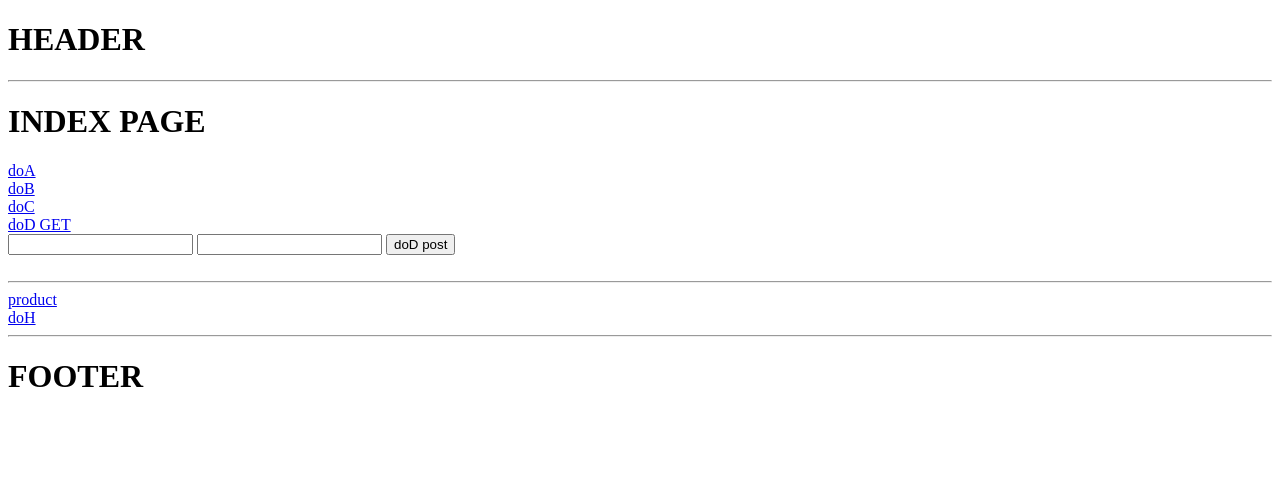
Repository: gitgw016/spring
Page: http://localhost/mvc_part02_controller/
These files come from the project's save history. The page is drawn as it stood at one moment and after the next save; the edit follows.
The browser window is 1280 px wide. The pictures show the whole page.
The page is served by Tomcat 9. Other server files are loaded and not shown.

Above is the page before, as saved 2022-01-11 06:52:59.

### mvc_part02_controller/src/main/webapp/index.jsp
<%@ page language="java" contentType="text/html; charset=UTF-8"
    pageEncoding="UTF-8"%>
<jsp:include page="WEB-INF/views/common/header.jsp"/>
	<h1>INDEX PAGE</h1>
	<a href="doA">doA</a> <br/>
	<a href="doB">doB</a> <br/>
	<a href="doC">doC</a> <br/>
	<a href="doD?msg=hi">doD GET</a> <br/>
	<form action="doD" method="post">
		<input type="text" name="msg"/>
		<input type="number" name="age" required/>
		<input type="submit" value="doD post"/>
	</form>
	<br/>
	<hr/>
	<a href="product">product</a> <br/>
	<a href="doH">doH</a> <br/>
	<form action="productWrite" method="post">

	</form>
<jsp:include page="WEB-INF/views/common/footer.jsp"/>
</body>
</html>

### mvc_part02_controller/src/main/webapp/WEB-INF/views/common/header.jsp
<%@ page language="java" contentType="text/html; charset=UTF-8"
    pageEncoding="UTF-8"%>
<!DOCTYPE html>
<html>
<head>
<meta charset="UTF-8">
<title>Insert title here</title>
</head>
<body>
<!-- header.jsp -->
<h1>HEADER</h1>
<hr/>

### mvc_part02_controller/src/main/webapp/WEB-INF/views/common/footer.jsp
<%@ page language="java" contentType="text/html; charset=UTF-8"
    pageEncoding="UTF-8"%>
<!-- footer.jsp -->
<hr/>
<h1>FOOTER</h1>
</body>
</html>

After the next save:
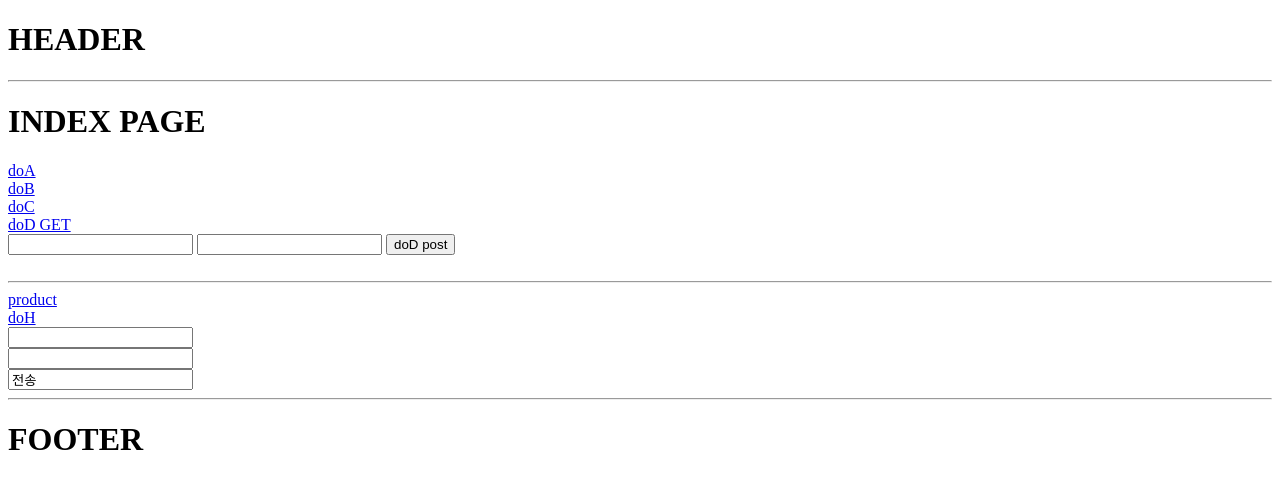
Saved 50 s later.
--- a/mvc_part02_controller/src/main/webapp/index.jsp
+++ b/mvc_part02_controller/src/main/webapp/index.jsp
@@ -16,7 +16,9 @@
 	<a href="product">product</a> <br/>
 	<a href="doH">doH</a> <br/>
 	<form action="productWrite" method="post">
-
+		<input type="text" name="name"/> <br/>
+		<input type="number" name="price" required/> <br/>
+		<input tpye="submit" value="전송"/>
 	</form>
 <jsp:include page="WEB-INF/views/common/footer.jsp"/>
 </body>
